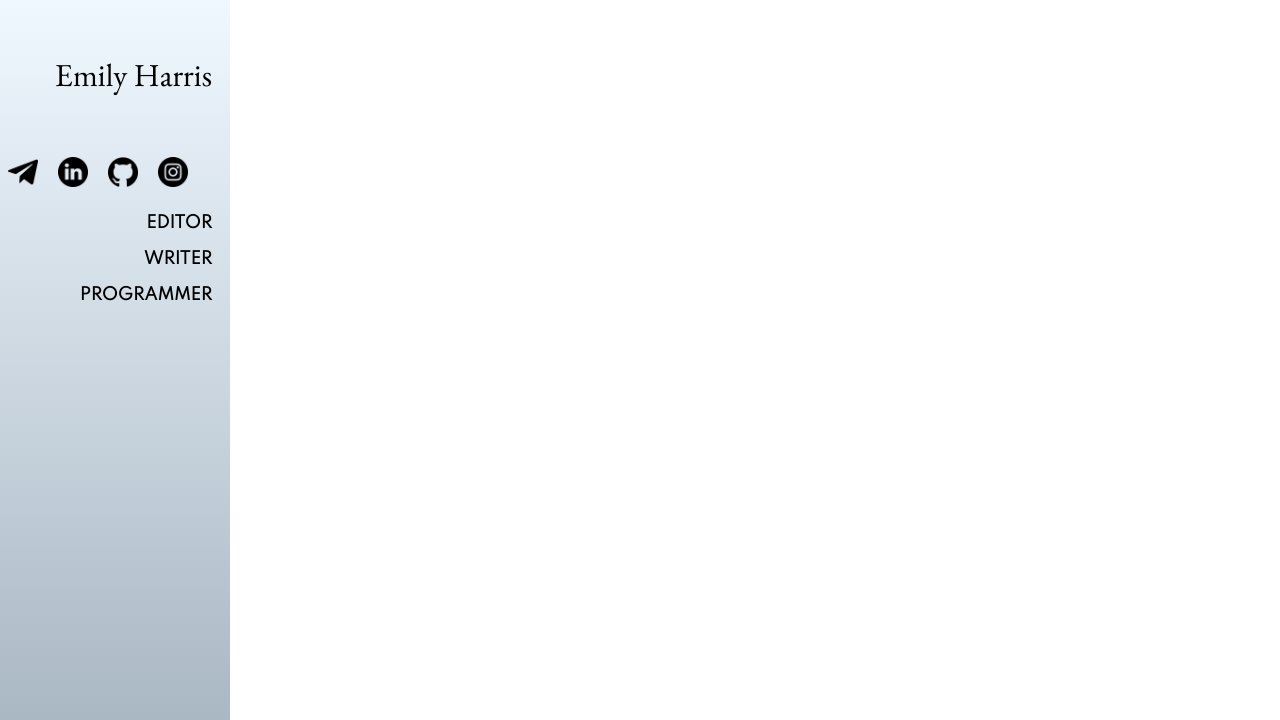
Repository: emnharris/FreeCodeCampChallenges
Page: responsive-web-design/portfolio/portfolio.html
An editor plug-in stored every save of this project. The page is shown before and after the next save, followed by the edit.
The browser window is 1280 px wide. The pictures show the whole page.
Some web fonts or font styles are not loaded; a fallback is used.

Above is the page before, as saved 2020-04-24 11:08:16.

After the next save:
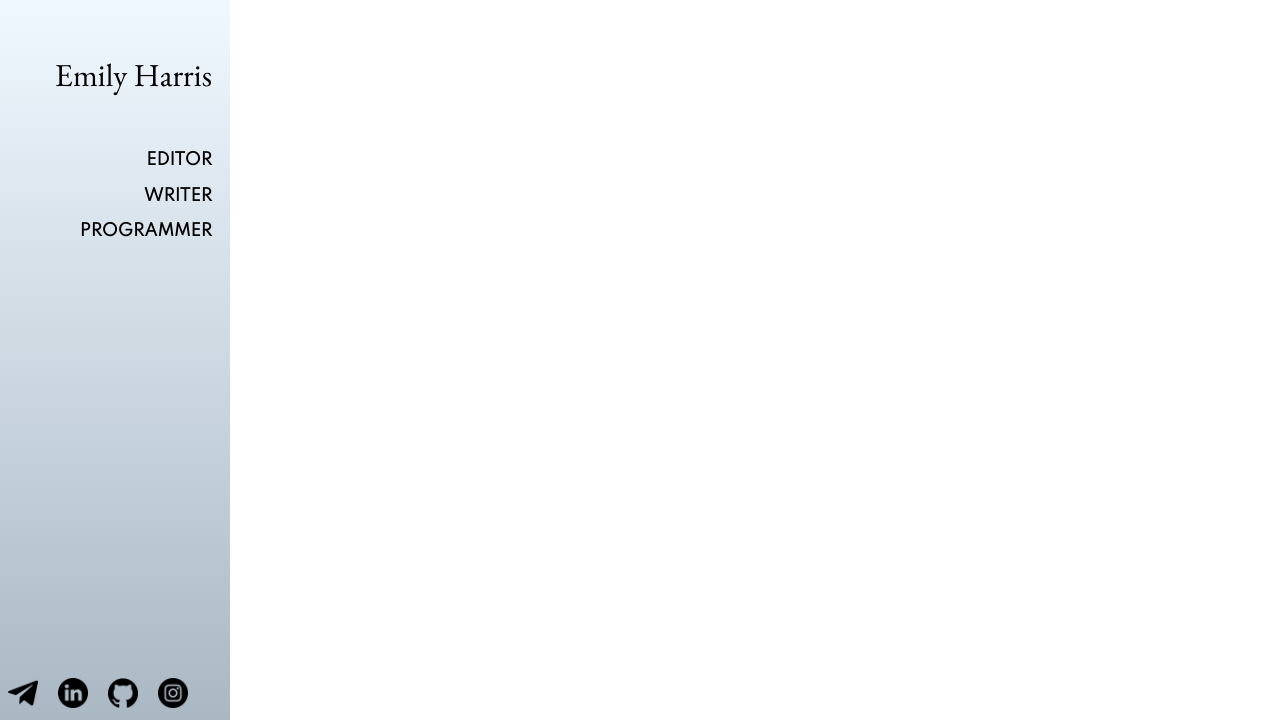
Saved 8 s later.
--- a/responsive-web-design/portfolio/portfolio.html
+++ b/responsive-web-design/portfolio/portfolio.html
@@ -27,13 +27,17 @@
                 </span> -->
 
                 <h1>Emily Harris</h1>
-                <img class="icon" src="telegram.png">
-                <img class="icon" src="linkedin.png">
-                <img class="icon" src="github-logo.png">
-                <img class="icon" src="instagram.png">
+
                 <h2>Editor</h2>
                 <h2>Writer</h2>
                 <h2>Programmer</h2>
+
+                <div id="icons">
+                    <img class="icon" src="telegram.png">
+                    <img class="icon" src="linkedin.png">
+                    <img class="icon" src="github-logo.png">
+                    <img class="icon" src="instagram.png">
+                </div>
 
             </section>
 
